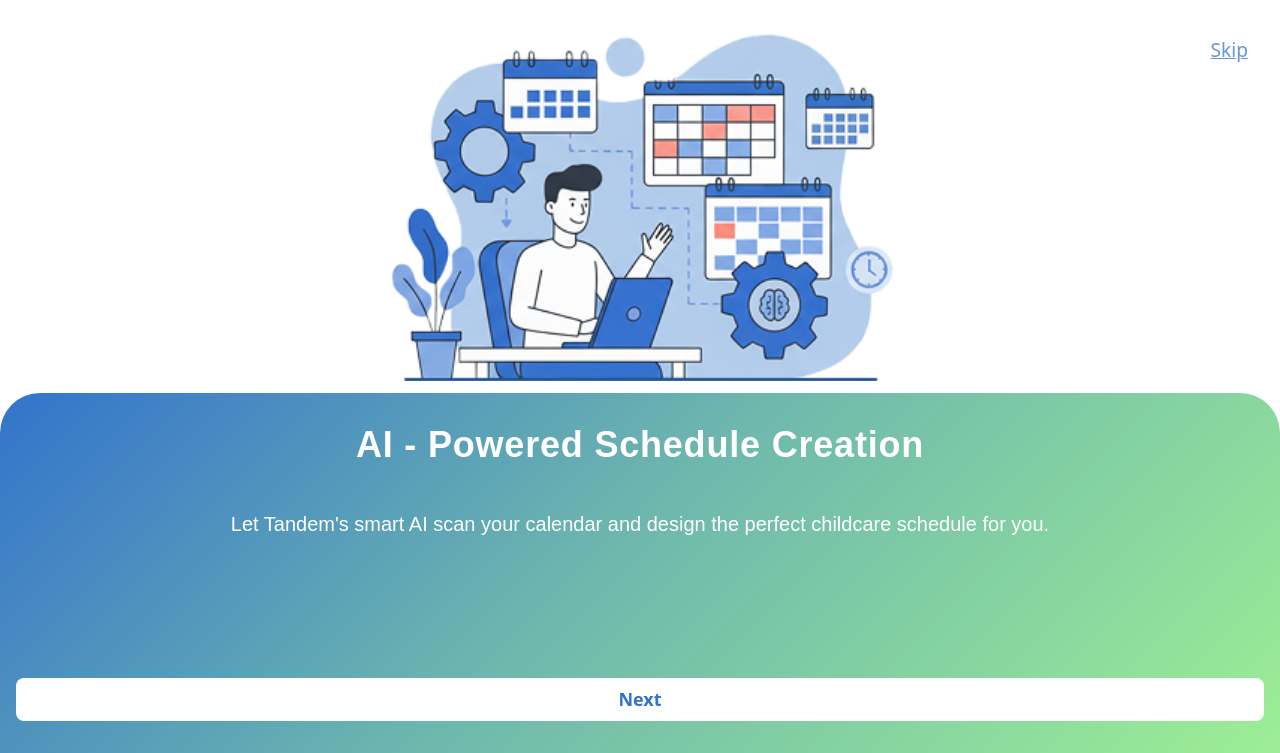
Repository: IDSP-TRADECARE/Tandem
Page: /boarding/features
These files come from the project's save history. The page is drawn as it stood at one moment and after a run of saves; the edit follows.
The browser window is 1280 px wide. The pictures show the whole page.
The page's requests for data from a server got no answer. Some web fonts or font styles are not loaded; a fallback is used. The project was rebuilt for these pictures with package versions that can differ from the ones it lists, and the page was loaded fresh each time. Some packages were replaced by stand-ins written for this rebuild. The framework's server and built-in components were replaced by stand-ins that run in the browser. No one was signed in, and anything a server would have sent is missing. Also part of the build but not shown: next.config.ts, src/app/components/auth/AuthGuard.tsx.

Above is the page before, as saved 2025-11-23 00:48:51.

After the next 2 saves:
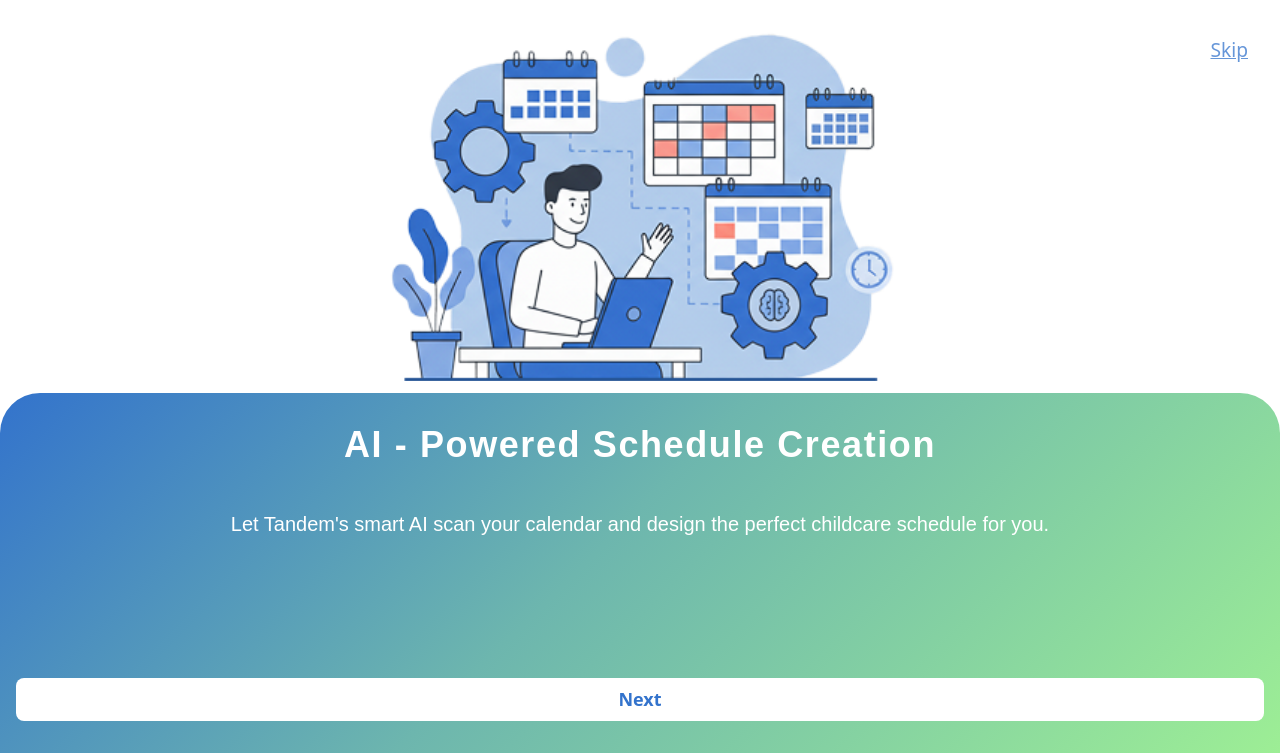
The 2 saves are shown as one change because they came seconds apart.
The last was saved 8 s later.
--- a/src/app/boarding/features/features.module.css
+++ b/src/app/boarding/features/features.module.css
@@ -93,7 +93,7 @@
     font-family: var(--font-family-alan);
     font-weight: 900;
     line-height: 2.5rem;
-    letter-spacing: 0.05rem;
+    letter-spacing: 0.1rem;
     color: #fff;
     margin-bottom: 2.75rem;
 }
